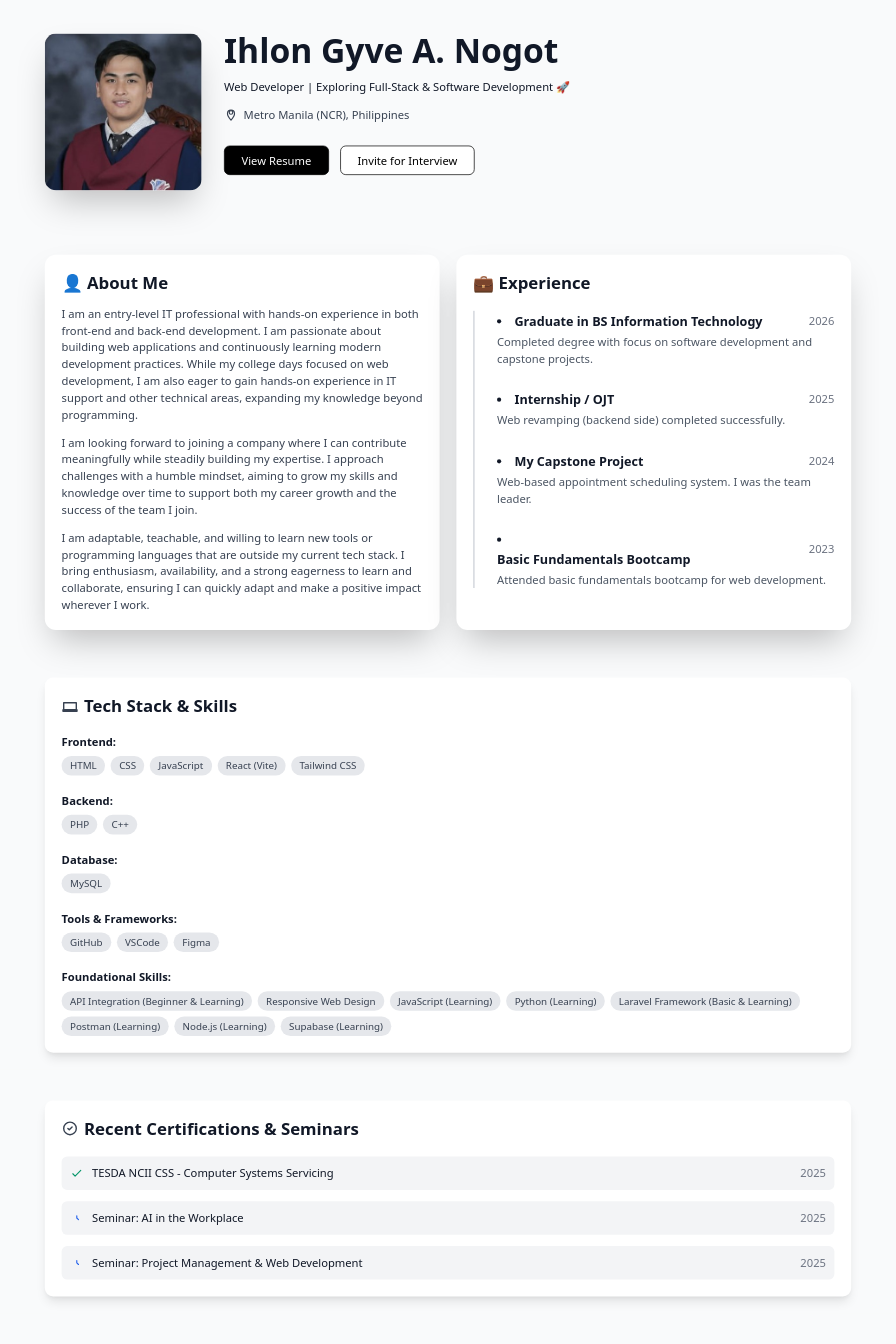
Repository: MeekSharkdev/cv-portfolio
Page: index.html
The author's editor kept a copy of each file at every save. The page is drawn from the files as they stood at one save, then again after the next save.
The browser window is 1280 px wide. The pictures show the part of the page from y = 0 to 1920 px (the page is 2616 px tall), at 70% of full size.
A picture or video elsewhere on the page could not be fetched, so the positions and the page height are approximate.

Above is the page before, as saved 2026-01-31 20:29:22.
Not found: styles.css

After the next save:
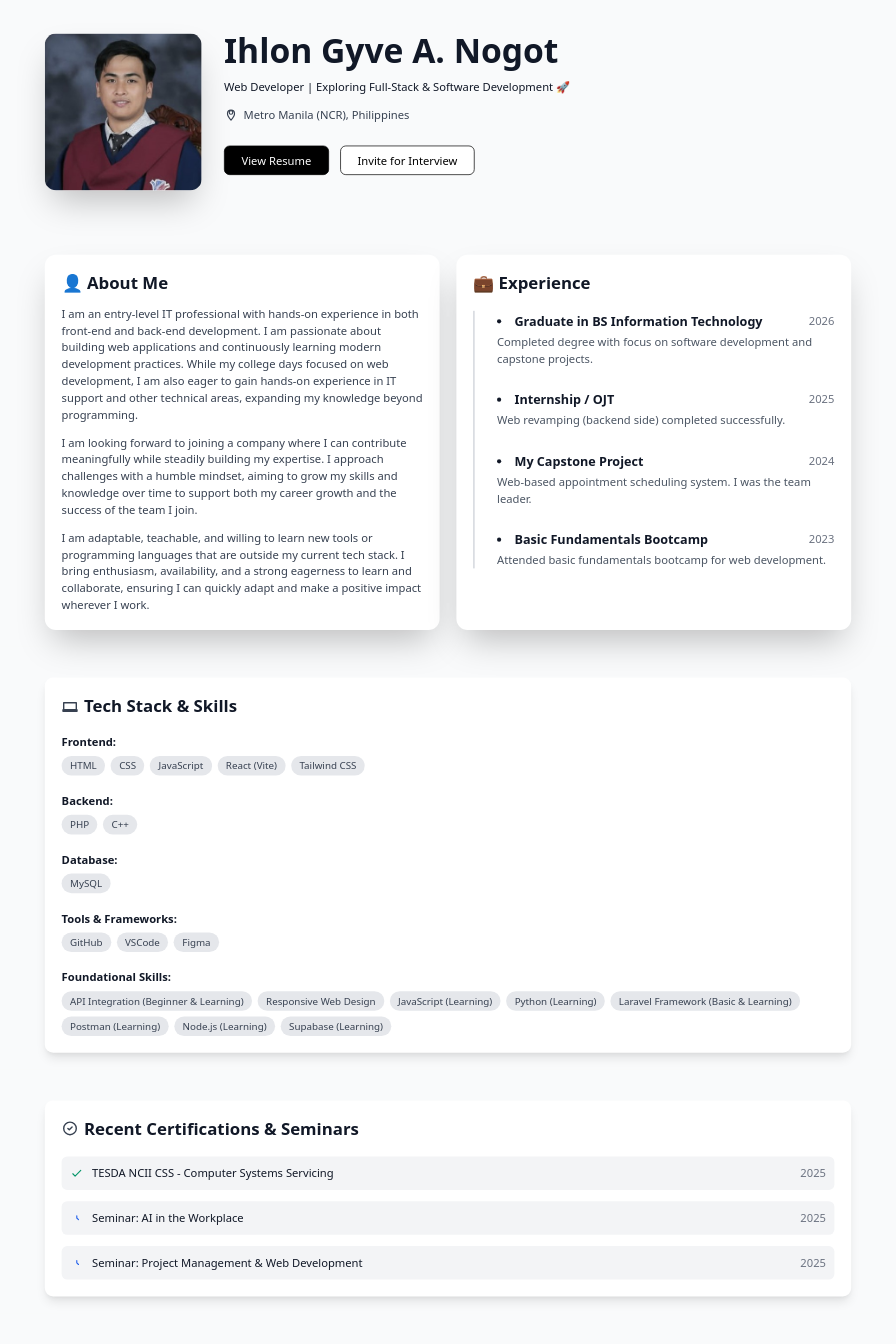
Saved 18 s later.
--- a/index.html
+++ b/index.html
@@ -139,7 +139,7 @@
                 <!-- Bootcamp -->
                 <div class="relative">
                     <div class="flex justify-between items-center">
-                        <h3 class="text-lg font-bold"><li></li>Basic Fundamentals Bootcamp</li></h3>
+                        <h3 class="text-lg font-bold"><li>Basic Fundamentals Bootcamp</li></h3>
                         <span class="text-gray-500">2023</span>
                     </div>
                     <p class="text-gray-600 mt-1">Attended basic fundamentals bootcamp for web development.</p>
